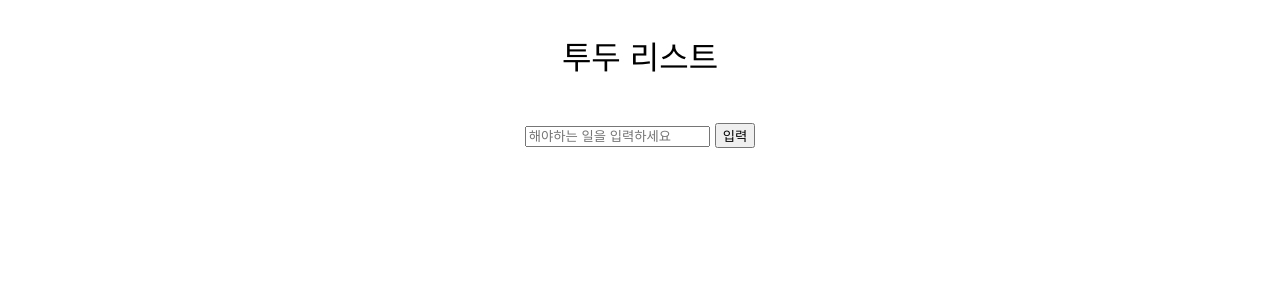
Repository: jun01270/Todo-List_React
Page: /
An editor plug-in stored every save of this project. The page is shown before and after the next save, followed by the edit.
The browser window is 1280 px wide. The pictures show the whole page.
The project was rebuilt for these pictures with package versions that can differ from the ones it lists, and the page was loaded fresh each time.

Above is the page before, as saved 2022-12-28 19:43:12.

After the next save:
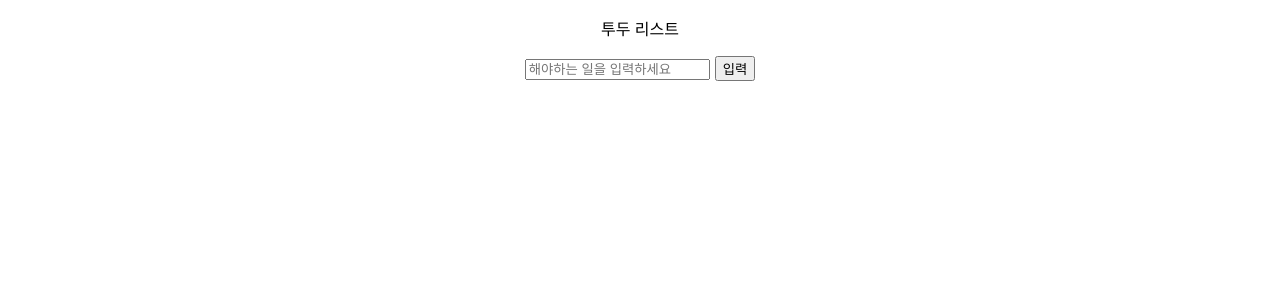
Saved 42 s later.
--- a/src/App.css
+++ b/src/App.css
@@ -2,7 +2,7 @@
   text-align: center;
   font-family: "Nanum Pen Script", cursive;
 }
-.todo-list {
+.todo-all {
   font-size: xx-large;
 }
 

After the save that followed:
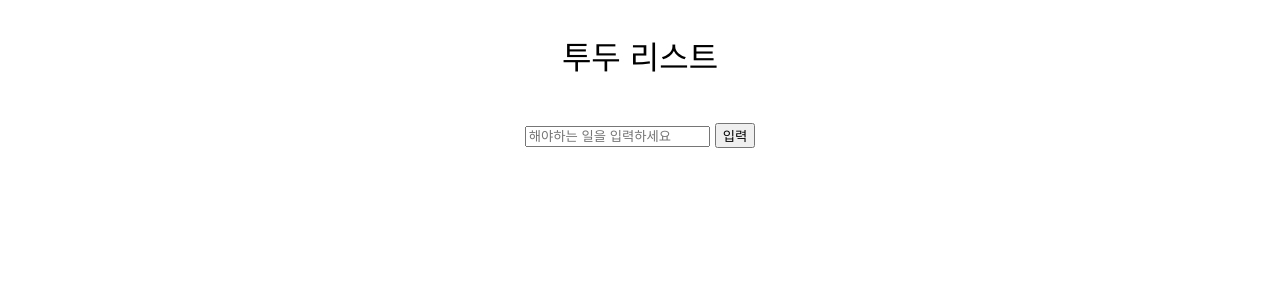
Saved 1 s later.
--- a/src/App.js
+++ b/src/App.js
@@ -3,9 +3,9 @@ import "./App.css";
 function App() {
   return (
     <div className="todo">
-      <div className="todo-list">
+      <div className="todo-all">
         <p className="todo-title">투두 리스트</p>
-        <div>
+        <div className="todo-list">
           <form className="todo-Form">
             <input type="text" placeholder="해야하는 일을 입력하세요"></input>
             <input type="submit" value="입력" className="sub"></input>
